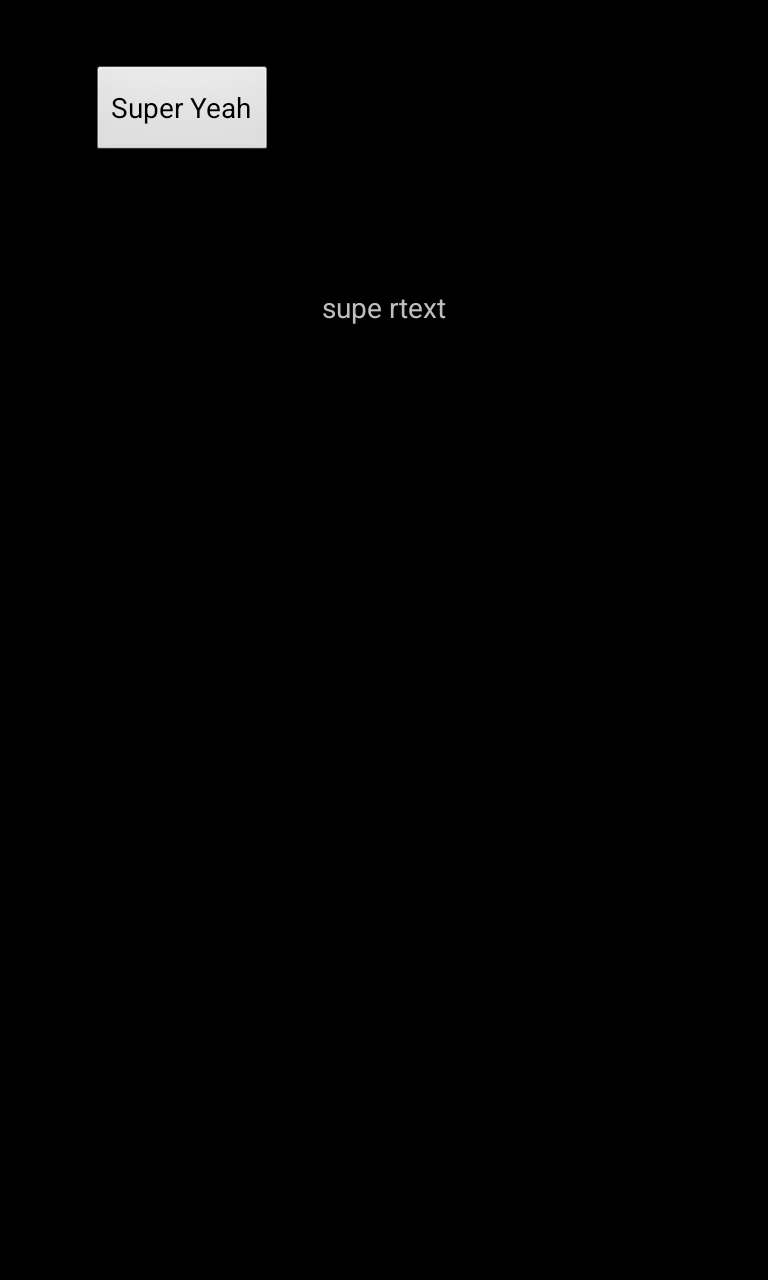
Repository: invader777/M-G
Layout: AndroidApp/res/layout/activity_main.xml
An editor plug-in stored every save of this project. The layout is shown before and after the next save, followed by the edit.
It is drawn on a 768 x 1280 px phone screen (xhdpi) without system bars, with theme android:Theme; the app's code is not run.

Above is the layout before, as saved 2012-09-03 18:19:58.

### AndroidApp/res/layout/activity_main.xml
<RelativeLayout xmlns:android="http://schemas.android.com/apk/res/android"
    xmlns:tools="http://schemas.android.com/tools"
    android:layout_width="match_parent"
    android:layout_height="match_parent" >

    <Button
        android:id="@+id/button1"
        android:layout_width="wrap_content"
        android:layout_height="wrap_content"
        android:layout_alignParentLeft="true"
        android:layout_alignParentTop="true"
        android:layout_marginLeft="45dp"
        android:layout_marginTop="32dp"
        android:text="@string/super_yeah" />

    <TextView
        android:id="@+id/textView1"
        android:layout_width="wrap_content"
        android:layout_height="wrap_content"
        android:layout_below="@+id/button1"
        android:layout_centerHorizontal="true"
        android:layout_marginTop="64dp"
        android:text="@string/super_text"
        tools:context=".MainActivity" />

</RelativeLayout>

### AndroidApp/res/values/strings.xml
<resources>

    <string name="app_name">AndroidApp</string>
    <string name="hello_world">Hello world!</string>
    <string name="menu_settings">Settings</string>
    <string name="title_activity_main">MainActivity</string>
    <string name="super_yeah">Super Yeah</string>
    <string name="super_text">supe rtext</string>

</resources>

After the next save:
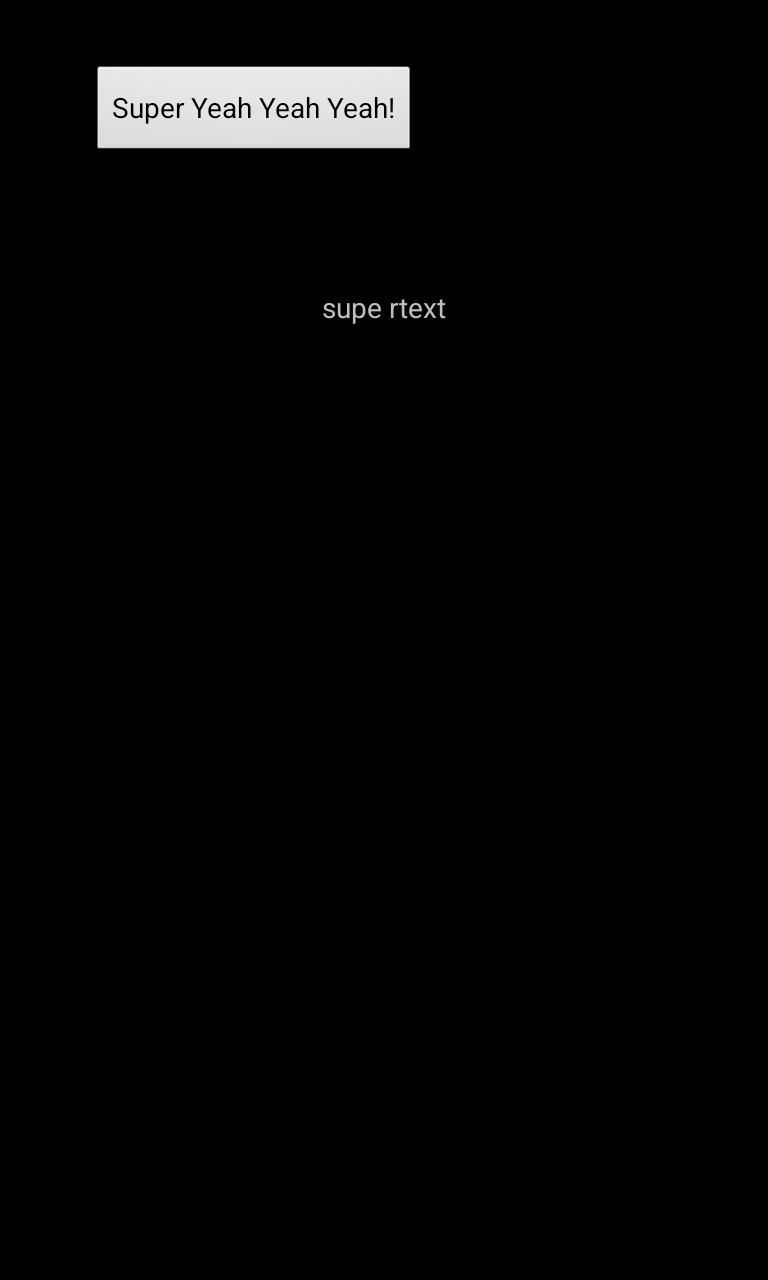
Saved 6 min 7 s later.
--- a/AndroidApp/res/values/strings.xml
+++ b/AndroidApp/res/values/strings.xml
@@ -4,7 +4,7 @@
     <string name="hello_world">Hello world!</string>
     <string name="menu_settings">Settings</string>
     <string name="title_activity_main">MainActivity</string>
-    <string name="super_yeah">Super Yeah</string>
+    <string name="super_yeah">Super Yeah Yeah Yeah!</string>
     <string name="super_text">supe rtext</string>
 
 </resources>
